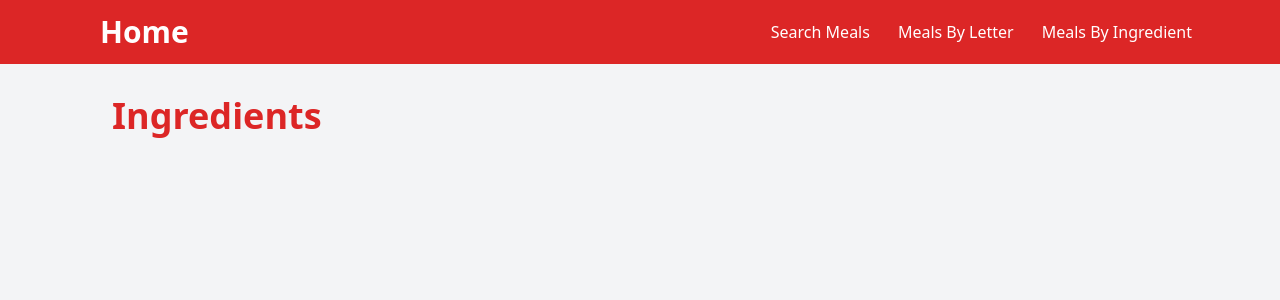
Repository: HalemX/meals
Page: /ingredients
These files come from the project's save history. The page is drawn as it stood at one moment and after the next save; the edit follows.
The browser window is 1280 px wide. The pictures show the whole page.
The page's requests for data from a server got no answer. The project was rebuilt for these pictures with package versions that can differ from the ones it lists, and the page was loaded fresh each time. No one was signed in, and anything a server would have sent is missing. Also part of the build but not shown: vite.config.js, src/components/ui/BaseButtons.vue, src/components/meals_components/MealsItem.vue, src/pages/home/HomePage.vue, src/components/layout/GuestLayout.vue, src/pages/meals/MealsByIngredient.vue, src/pages/meals/MealsByLetters.vue, src/pages/meals/MealsByName.vue and 1 more.

Above is the page before, as saved 2024-02-12 17:49:40.

### index.html
<!DOCTYPE html>
<html lang="en">
  <head>
    <meta charset="UTF-8" />
    <link rel="icon" type="image/svg+xml" href="/vite.svg" />
    <meta name="viewport" content="width=device-width, initial-scale=1.0" />
    <title>Vite + Vue</title>
  </head>
  <body class="bg-gray-100 h-full">
    <div id="app"></div>
    <script type="module" src="/src/main.js"></script>
  </body>
</html>

### src/main.js
import { createApp } from "vue";

import router from "./router";
import store from "./store";
import "./style.css";

import App from "./App.vue";

const app = createApp(App);
app.use(router);
app.use(store);

app.mount("#app");

### src/router/index.js
import { createRouter, createWebHistory } from "vue-router";

import HomePage from "../pages/home/HomePage.vue";

import DefaultLayout from "../components/layout/DefaultLayout.vue";
import GuestLayout from "../components/layout/GuestLayout.vue";

import MealsByIngredient from "../pages/meals/MealsByIngredient.vue";
import MealsByLetters from "../pages/meals/MealsByLetters.vue";
import MealsByName from "../pages/meals/MealsByName.vue";
import MealDetails from "../components/meals_components/MealDetails.vue";
import AllIngredients from "../pages/meals/AllIngredients.vue";

const routes = [
  {
    path: "/",
    component: DefaultLayout,
    children: [
      {
        path: "/",
        name: "home",
        component: HomePage,
      },
      {
        path: "/by-letter/:letter?",
        name: "byLetter",
        component: MealsByLetters,
      },
      {
        path: "/by-name/:name?",
        name: "byName",
        component: MealsByName,
      },
      {
        path: "/ingredients",
        name: "ingredients",
        component: AllIngredients,
      },
      {
        path: "/by-ingredient/:ingredient",
        name: "byIngredient",
        component: MealsByIngredient,
      },
      {
        path: "/meal/:id",
        name: "mealDetails",
        component: MealDetails,
      },
    ],
  },
  {
    path: "/guest",
    component: GuestLayout,
    children: [],
  },
];

const router = createRouter({
  history: createWebHistory(),
  routes,
});

export default router;

### src/store/index.js
import { createStore } from "vuex";

import mealsModule from "./modules/meals/index";

const store = createStore({
  modules: {
    mealsModule,
  },
});

export default store;

### src/App.vue
<template>
  <router-view v-slot="slotProps">
    <transition name="route" mode="out-in">
      <component :is="slotProps.Component"></component>
    </transition>
  </router-view>
</template>

<style scoped>
.route-enter-from {
  opacity: 0;
  transform: translateY(-30px);
}
.route-leave-to {
  opacity: 0;
  transform: translateY(30px);
}
.route-enter-active {
  transition: all 0.4s ease-out;
}
.route-enter-active {
  transition: all 0.4s ease-in;
}
.route-enter-to,
.route-leave-from {
  opacity: 1;
  transform: translateY(0);
}
</style>

### src/components/layout/DefaultLayout.vue
<template>
  <div>
    <navbar />
    <main>
      <router-view v-slot="slotProps">
        <transition name="route" mode="out-in">
          <component :is="slotProps.Component"></component>
        </transition>
      </router-view>
    </main>
  </div>
</template>

<script>
import Navbar from "./Navbar.vue";
export default {
  components: {
    Navbar,
  },
};
</script>

<style>
.route-enter-from {
  opacity: 0;
  transform: translateY(-30px);
}
.route-leave-to {
  opacity: 0;
  transform: translateY(30px);
}
.route-enter-active {
  transition: all 0.4s ease-out;
}
.route-enter-active {
  transition: all 0.4s ease-in;
}
.route-enter-to,
.route-leave-from {
  opacity: 1;
  transform: translateY(0);
}
</style>

### src/pages/meals/AllIngredients.vue
<template>
  <div class="p-8 lg:mx-20">
    <h1 class="text-4xl font-bold mb-4 text-[#dc2626]">Ingredients</h1>
    <div class="grid grid-cols-1 md:grid-cols-4 gap-5">
      <router-link
        :to="{
          name: 'byIngredient',
          params: { ingredient: ingredient.strIngredient },
        }"
        v-for="ingredient of hasIngDesc"
        :key="ingredient.idIngredient"
        class="block bg-[#ef4444] text-white p-3 rounded mb-3 shadow text-center hover:scale-110 transition-all mt-5 text-2xl"
      >
        <h3 class="text-2xl font-bold">{{ ingredient.strIngredient }}</h3>
      </router-link>
    </div>
  </div>
</template>

<script>
import { onMounted, ref } from "vue";
import axiosClient from "../../axiosClient";

export default {
  setup() {
    const ingredients = ref([]);
    const hasIngDesc = ref([]);

    onMounted(() => {
      axiosClient.get("list.php?i=list").then(({ data }) => {
        ingredients.value = data.meals;
        hasIngDesc.value = ingredients.value.filter((ing) => {
          return ing.strDescription !== null;
        });
      });
    });

    return { ingredients, hasIngDesc };
  },
};
</script>

### src/store/modules/meals/index.js
import mutations from "./mutations";
import actions from "./actions";
import getters from "./getters";

export default {
  state() {
    return {
      searchMealsByName: [],
      searchMealsByLetter: [],
      searchMealsByIng: [],
    };
  },
  mutations,
  actions,
  getters,
};

### src/axiosClient.js
import axios from "axios";

const axiosClient = axios.create({
  baseURL: import.meta.env.VITE_API_BASE_URL,
});

export default axiosClient;

### src/components/layout/Navbar.vue
<template>
  <div class="bg-[#dc2626]">
    <header
      class="text-white shadow h-16 flex justify-between items-stretch bg-[#dc2626] md:mx-20"
    >
      <router-link
        class="text-3xl inline-flex items-center h-full px-5 font-bold"
        :to="{ name: 'home' }"
        >Home</router-link
      >
      <div class="flex items-center gap-3">
        <router-link
          class="inline-flex items-center px-2 h-full transition-colors hover:bg-[#ef4444]"
          :to="{ name: 'byName' }"
          >Search Meals</router-link
        >
        <router-link
          class="inline-flex items-center px-2 h-full transition-colors hover:bg-[#f87171]"
          :to="{ name: 'byLetter' }"
          >Meals By Letter</router-link
        >
        <router-link
          class="inline-flex items-center px-2 h-full transition-colors hover:bg-[#f87171]"
          :to="{ name: 'ingredients' }"
          >Meals By Ingredient</router-link
        >
      </div>
    </header>
  </div>
</template>

<script>
export default {};
</script>

<style scoped>
header {
  box-shadow: none !important;
}
</style>

### src/store/modules/meals/mutations.js
export default {
  setSearchMealsByName(state, meals) {
    state.searchMealsByName = meals;
  },
  setSearchMealsByLetter(state, meals) {
    state.searchMealsByLetter = meals;
  },
  setSearchMealsByIng(state, meals) {
    state.searchMealsByIng = meals;
  },
};

### src/store/modules/meals/actions.js
import axiosClient from "../../../axiosClient";

export default {
  async searchMealsByName(context, enterName) {
    const response = await axiosClient.get(`search.php?s=${enterName}`);

    const responseData = await response.data;

    context.commit("setSearchMealsByName", responseData.meals);
  },

  async searchMealsLetter(context, letter) {
    const response = await axiosClient.get(`search.php?f=${letter}`);

    const responseData = await response.data;

    context.commit("setSearchMealsByLetter", responseData.meals);
  },

  async searchMealsByIng(context, enterIng) {
    const response = await axiosClient.get(`filter.php?i=${enterIng}`);

    const responseData = await response.data;

    context.commit("setSearchMealsByIng", responseData.meals);
  },

  //   async fetchMeals(context) {
  //     const response = await fetch(
  //       "https://www.themealdb.com/api/json/v1/1/search.php?s=Arrabiata"
  //     );
  //     const responseData = await response.json();
  //     if (!response.ok) {
  //       const error = new Error(responseData.message || "Failed to fetch Meals");
  //       throw error;
  //     }
  //     // console.log(responseData.meals);
  //     // const meals = [];
  //     // for (const key in responseData) {
  //     //   const request = {
  //     //     id: key,
  //     //     coachId: coachId,
  //     //     userEmail: responseData[key].userEmail,
  //     //     message: responseData[key].message,
  //     //   };
  //     //   requests.push(request);
  //     // }
  //     context.commit("setMeals", responseData.meals.slice(0, 5));
  //   },
};

### src/store/modules/meals/getters.js
export default {
  getSearchMealsByName(state) {
    return state.searchMealsByName;
  },
  getSearchMealsByLetter(state) {
    return state.searchMealsByLetter;
  },
  getSearchMealsByIng(state) {
    return state.searchMealsByIng;
  },
};

### tailwind.config.js
/** @type {import('tailwindcss').Config} */
export default {
  content: ["./index.html", "./src/**/*.{vue,js,ts,jsx,tsx}"],
  theme: {
    extend: {},
  },
  plugins: [
    require("@tailwindcss/forms"),
    // ...
  ],
};

Loaded but not shown: src/style.css (common file)

After the next save:
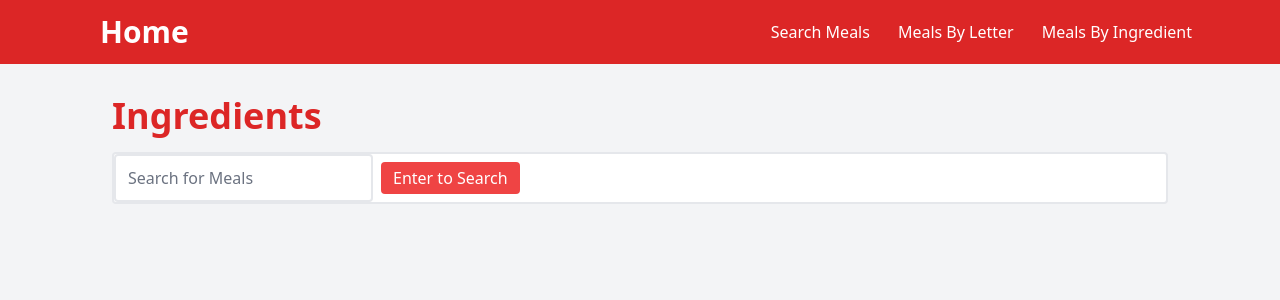
Saved 103 s later.
--- a/src/pages/meals/AllIngredients.vue
+++ b/src/pages/meals/AllIngredients.vue
@@ -1,6 +1,26 @@
 <template>
   <div class="p-8 lg:mx-20">
     <h1 class="text-4xl font-bold mb-4 text-[#dc2626]">Ingredients</h1>
+
+    <div
+      class="rounded border-2 border-gray-200 bg-white flex"
+      :class="{ invalid: emptyEnter }"
+    >
+      <input
+        type="text"
+        class="rounded border-2 border-gray-200"
+        placeholder="Search for Meals"
+        v-model.trim="enterName"
+        @change="searchMealsByName"
+      />
+      <button
+        @click="searchMealsByName"
+        class="m-2 px-3 transition ease-in-out delay-150 sm:mt-2 border-[#ef4444] bg-[#ef4444] hover:scale-105 hover:bg-[#f87171] duration-300 text-white py-1 rounded"
+      >
+        Enter to Search
+      </button>
+    </div>
+
     <div class="grid grid-cols-1 md:grid-cols-4 gap-5">
       <router-link
         :to="{
